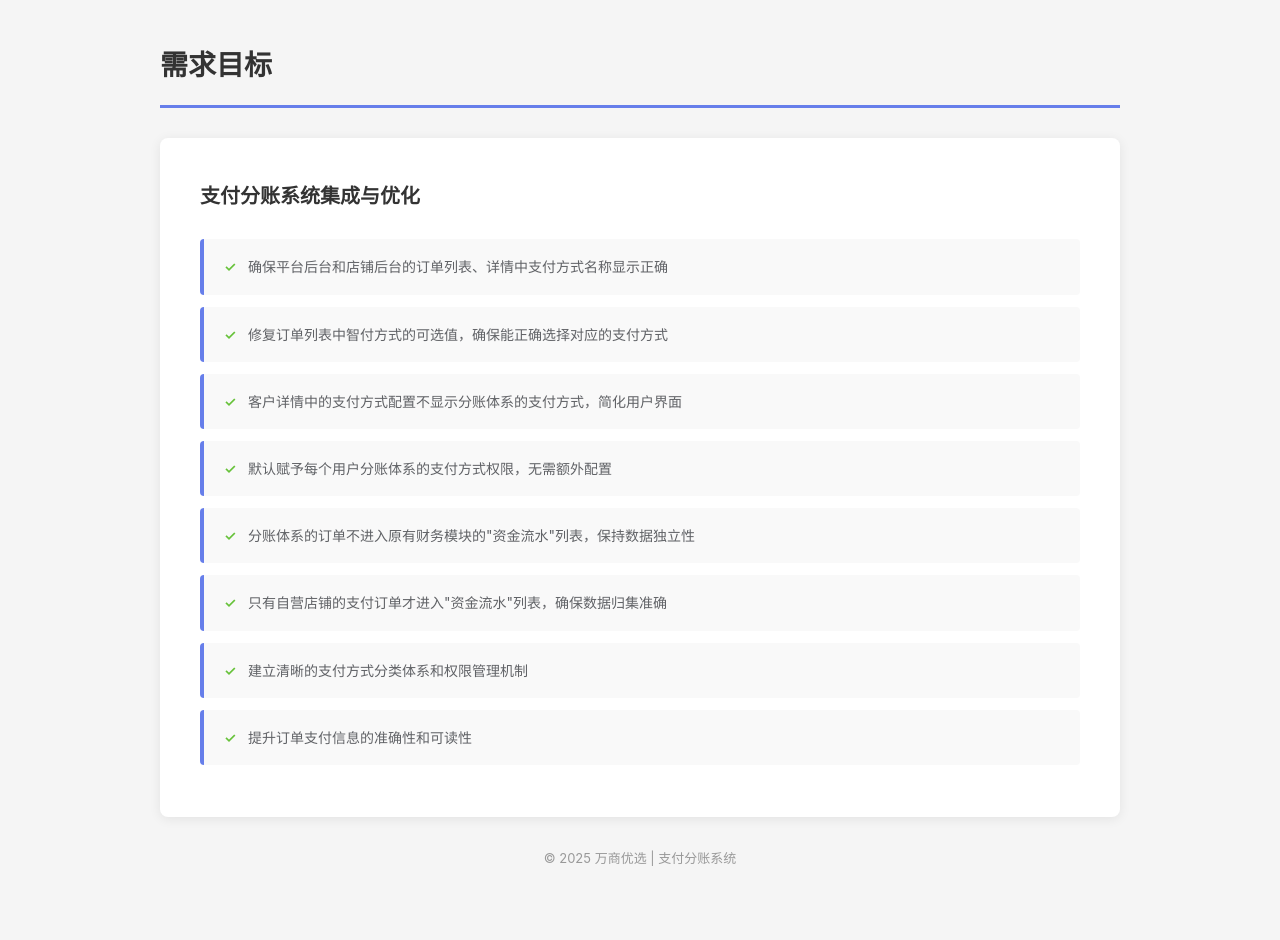
Repository: airopenclaw/mall-demo
Page: 支付分账/平台后台/6其它说明.html
An editor plug-in stored every save of this project. The page is shown before and after the next save, followed by the edit.
The browser window is 1280 px wide. The pictures show the whole page.

Above is the page before, as saved 2026-09-14 10:58:33.

After the next save:
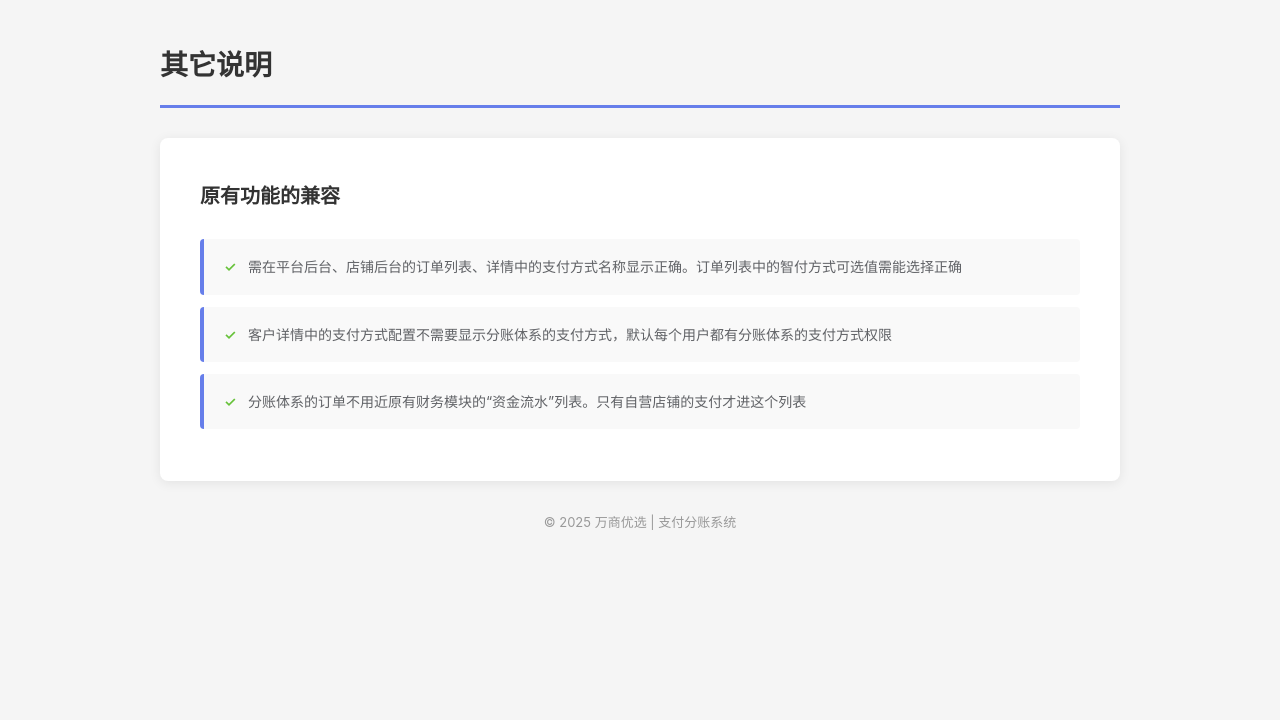
Saved 102 s later.
--- a/支付分账/平台后台/6其它说明.html
+++ b/支付分账/平台后台/6其它说明.html
@@ -112,20 +112,20 @@
 </head>
 <body>
     <div class="container">
-        <h1 class="page-title">需求目标</h1>
+        <h1 class="page-title">其它说明</h1>
 
         <div class="content-card">
-            <h2 class="section-title">支付分账系统集成与优化</h2>
+            <h2 class="section-title">原有功能的兼容</h2>
 
             <ul class="requirement-list">
-                <li>确保平台后台和店铺后台的订单列表、详情中支付方式名称显示正确</li>
-                <li>修复订单列表中智付方式的可选值，确保能正确选择对应的支付方式</li>
-                <li>客户详情中的支付方式配置不显示分账体系的支付方式，简化用户界面</li>
-                <li>默认赋予每个用户分账体系的支付方式权限，无需额外配置</li>
-                <li>分账体系的订单不进入原有财务模块的"资金流水"列表，保持数据独立性</li>
-                <li>只有自营店铺的支付订单才进入"资金流水"列表，确保数据归集准确</li>
-                <li>建立清晰的支付方式分类体系和权限管理机制</li>
-                <li>提升订单支付信息的准确性和可读性</li>
+                <li>需在平台后台、店铺后台的订单列表、详情中的支付方式名称显示正确。订单列表中的智付方式可选值需能选择正确
+
+
+</li>
+                <li>客户详情中的支付方式配置不需要显示分账体系的支付方式，默认每个用户都有分账体系的支付方式权限
+</li>
+                <li>分账体系的订单不用近原有财务模块的“资金流水”列表。只有自营店铺的支付才进这个列表</li>
+
             </ul>
         </div>
 
